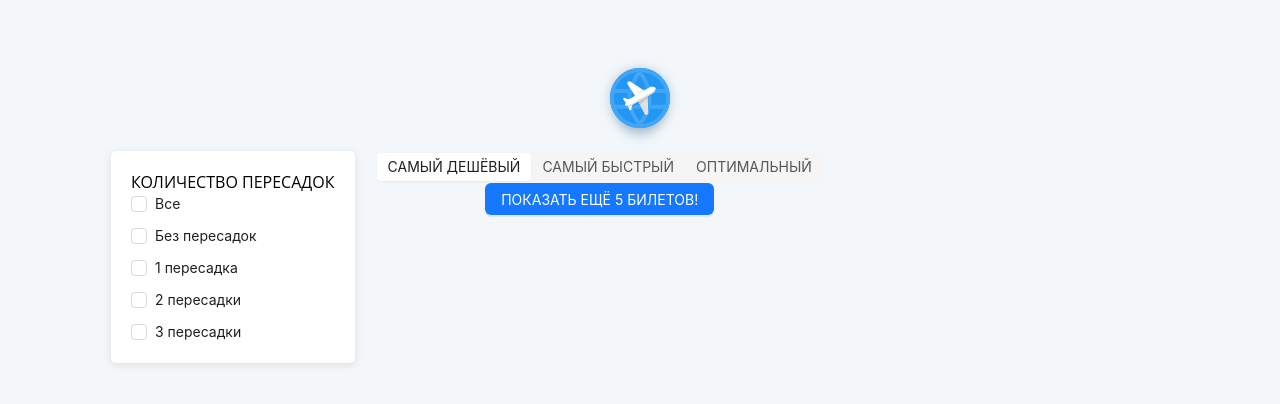
Repository: Dedoxa/aviasalesTickets
Page: /
The author's editor kept a copy of each file at every save. The page is drawn from the files as they stood at one save, then again after the next save.
The browser window is 1280 px wide. The pictures show the whole page.
The project was rebuilt for these pictures with package versions that can differ from the ones it lists, and the page was loaded fresh each time. Also part of the build but not shown: vite.config.js.

Above is the page before, as saved 2024-10-19 16:32:43.

### index.html
<!doctype html>
<html lang="en">
  <head>
    <meta charset="UTF-8" />
    <meta name="viewport" content="width=device-width, initial-scale=1.0" />
    <title>AviasalesTickets</title>
  </head>
  <body>
    <div id="root"></div>
    <script type="module" src="/src/main.jsx"></script>
  </body>
</html>

### src/main.jsx
import { StrictMode } from 'react';
import { createRoot } from 'react-dom/client';

import App from './App.jsx';

createRoot(document.getElementById('root')).render(
  <StrictMode>
    <App />
  </StrictMode>
);

### src/App.jsx
// import React from 'react';

import TransferFilters from './TransferFilters/TransferFilters.jsx';
import AppIcon from './AppIcon/AppIcon.jsx';
import PriceFilters from './PriceFilters/PriceFilters.jsx';
import ShowMoreButton from './ShowMoreButton/ShowMoreButton.jsx';
import classes from './App.module.scss';

function App() {
  return (
    <main className={classes.App}>
      <AppIcon />
      <div style={{ display: 'flex', gap: '20px' }}>
        <TransferFilters />
        <div className={classes.App.priceFiltersAndTicketsContainer}>
          <PriceFilters />
          <ShowMoreButton />
        </div>
      </div>
    </main>
  );
}

export default App;

### src/TransferFilters/TransferFilters.jsx
import { Checkbox } from 'antd';

import { contentBox } from '../App.module.scss';

import classes from './TransferFilters.module.scss';

const TransferFilters = () => {
  return (
    <>
      <div className={contentBox}>
        <span className={classes.title}>КОЛИЧЕСТВО ПЕРЕСАДОК</span>
        <div className={classes.checkboxContainer}>
          <Checkbox>Все</Checkbox>
          <Checkbox>Без пересадок</Checkbox>
          <Checkbox>1 пересадка</Checkbox>
          <Checkbox>2 пересадки</Checkbox>
          <Checkbox>3 пересадки</Checkbox>
        </div>
      </div>
    </>
  );
};

export default TransferFilters;

### src/AppIcon/AppIcon.jsx
import classes from './AppIcon.module.scss';

const AppIcon = () => {
  return (
    <div className={classes.AppIcon}>
      <img src="/public/img/Logo.svg" alt="AviasalesIcon" />
    </div>
  );
};

export default AppIcon;

### src/PriceFilters/PriceFilters.jsx
import { Segmented } from 'antd';

const PriceFilters = () => {
  return <Segmented options={['САМЫЙ ДЕШЁВЫЙ', 'САМЫЙ БЫСТРЫЙ', 'ОПТИМАЛЬНЫЙ']} />;
};

export default PriceFilters;

### src/ShowMoreButton/ShowMoreButton.jsx
import { Button } from 'antd';

import classes from './ShowMoreButton.module.scss';

const ShowMoreButton = () => {
  return (
    <div className={classes.showMoreButton}>
      <Button type="primary">ПОКАЗАТЬ ЕЩЁ 5 БИЛЕТОВ!</Button>
    </div>
);
};

export default ShowMoreButton;

### src/App.module.scss
@font-face {
  font-family: 'Open Sans';
  src: url('https://fonts.googleapis.com/css2?family=Open+Sans:ital,wght@0,300..800;1,300..800&display=swap');
}

.contentBox {
  display: inline-block;
  font-family: 'Open Sans', sans-serif;
  background-color: #fff;
  border-radius: 5px;
  box-shadow: 0 2px 8px 0 rgba(0, 0, 0, 0.1);
  padding: 20px;
}

body {
  background-color: #f3f7fa;
  padding: 50px 103px;
}

.App {
  .priceFiltersAndTicketsContainer {
    display: flex;
    flex-direction: column;
    gap: 20px;
  }
}

### src/TransferFilters/TransferFilters.module.scss
.title {
  margin-bottom: 20px;
}

.checkboxContainer {
  display: flex;
  flex-direction: column;
  gap: 10px;
}

### src/AppIcon/AppIcon.module.scss
.AppIcon {
    text-align: center;
}

### src/ShowMoreButton/ShowMoreButton.module.scss
.showMoreButton {
    text-align: center;
}

After the next save:
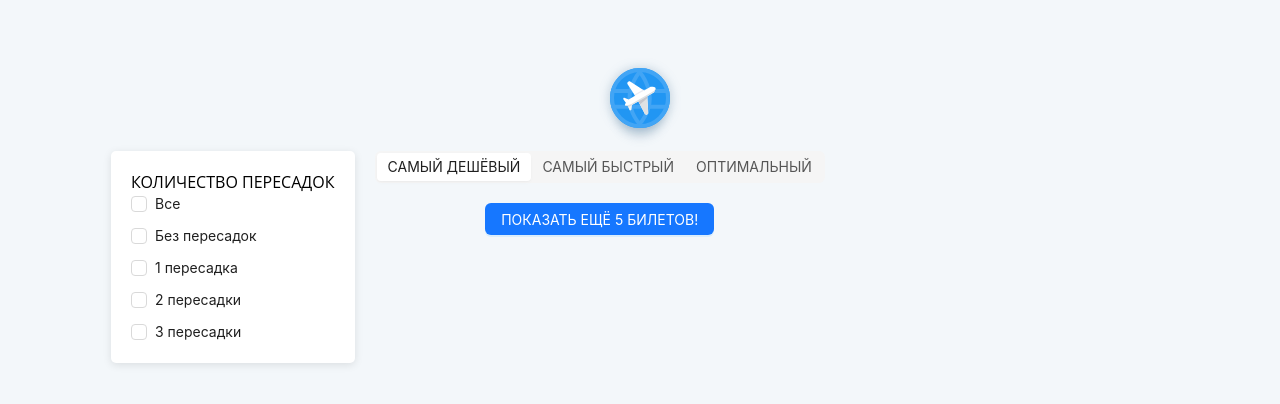
Saved 24 s later.
--- a/src/App.jsx
+++ b/src/App.jsx
@@ -12,7 +12,7 @@ function App() {
       <AppIcon />
       <div style={{ display: 'flex', gap: '20px' }}>
         <TransferFilters />
-        <div className={classes.App.priceFiltersAndTicketsContainer}>
+        <div className={classes['priceFiltersAndTicketsContainer']}>
           <PriceFilters />
           <ShowMoreButton />
         </div>
